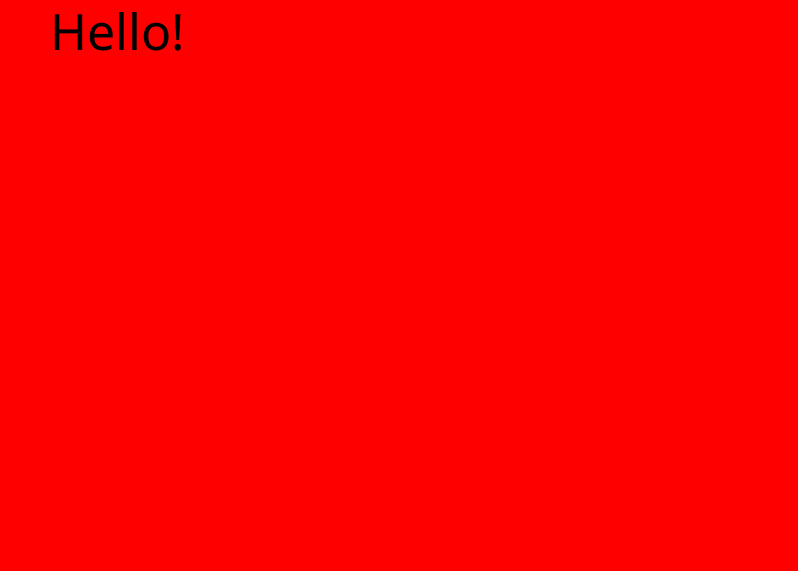
Repository: ahmeddhaggag/Jackaroo
Program's window: java JackarooGame/src/controller/JackarooGUI.java
These files come from the project's save history. The program's window is drawn as it stood at one moment and after the next save; the edit follows.
It runs on Java 21 on a 1366 x 768 screen with JavaFX 11; the title bar is not drawn. It also reads JackarooGame/src/JackarooIcon.png.

Above is the program's window before, as saved 2025-05-13 12:49:25.

After the next save:
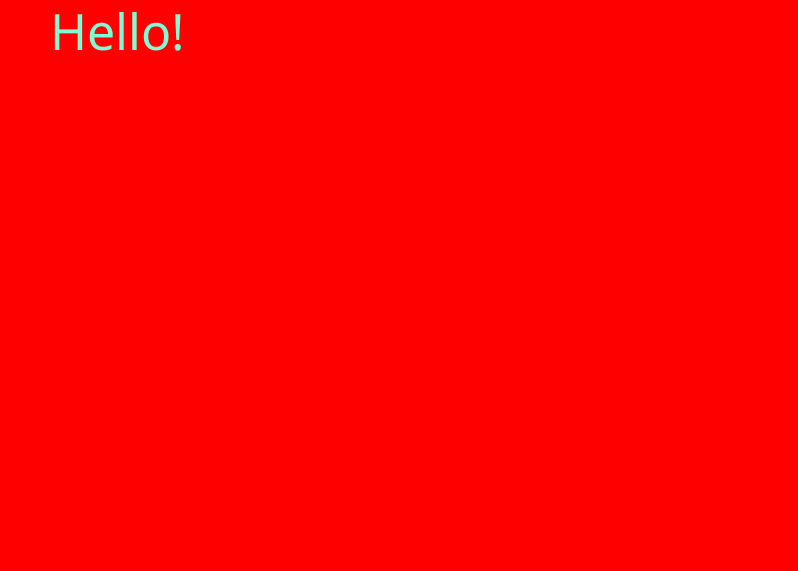
Saved 37 s later.
--- a/JackarooGame/src/controller/JackarooGUI.java
+++ b/JackarooGame/src/controller/JackarooGUI.java
@@ -31,6 +31,7 @@
 		text.setX(50);
 		text.setY(50);
 		text.setFont(Font.font("Verdana",50));
+		text.setFill(Color.AQUAMARINE);
 		root.getChildren().add(text);
 		stage.setScene(scene);
 		stage.show();
